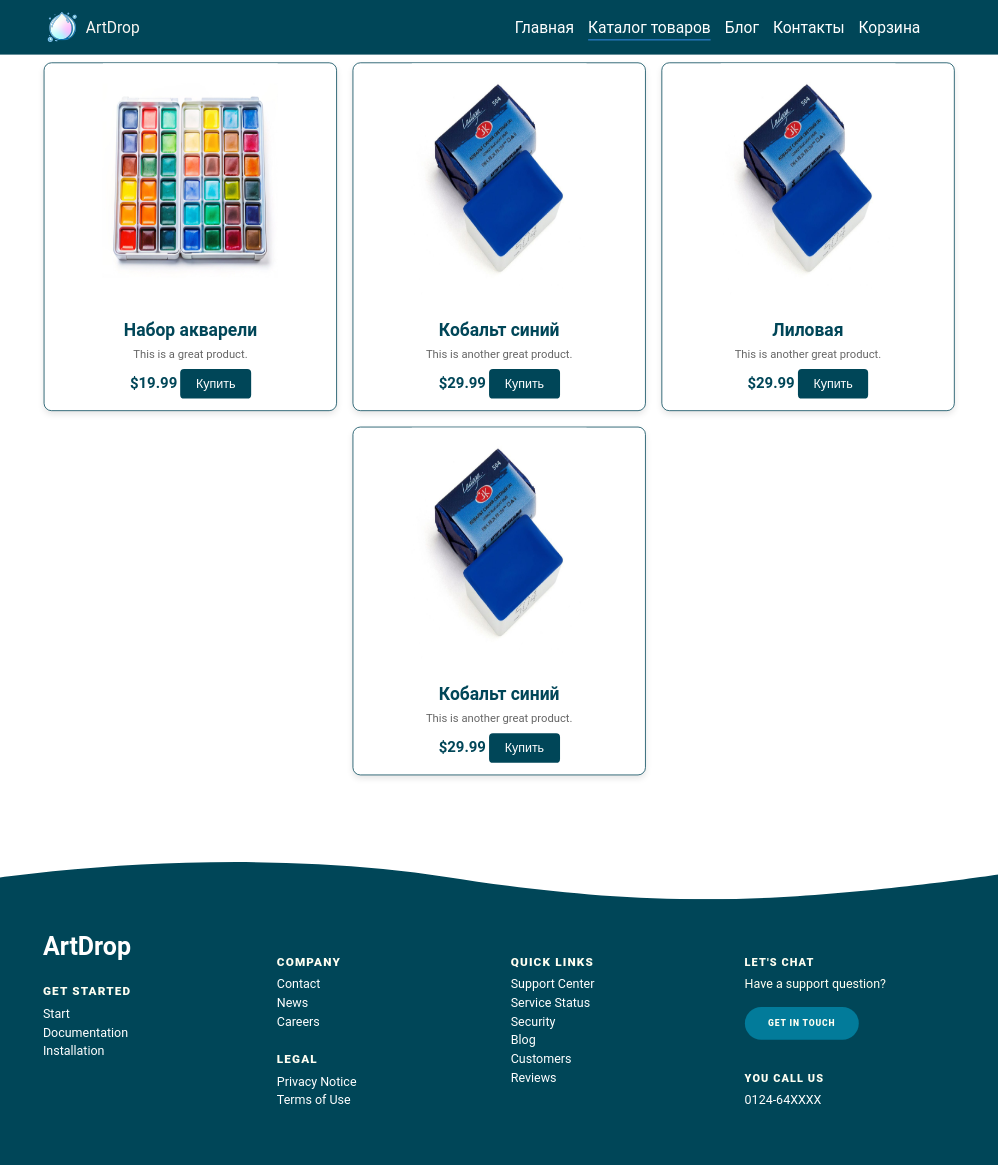
Repository: mnats725/art-drop
Page: catalog.html
The author's editor kept a copy of each file at every save. The page is drawn from the files as they stood at one save, then again after the next save.
The browser window is 1280 px wide. The pictures show the whole page, at 78% of full size.

Above is the page before, as saved 2024-05-21 13:25:49.
Console error: TypeError: Cannot read properties of null (reading 'querySelectorAll')

### catalog.html
<!DOCTYPE html>
<html lang="en">
<head>
    <meta charset="UTF-8">
    <meta http-equiv="X-UA-Compatible" content="IE=edge">
    <meta name="viewport" content="width=device-width, initial-scale=1.0">
    <title>ArtDrop</title>
    <link rel="stylesheet" href="../css/style.css">
    <link rel="stylesheet" href="./css/catalog.css">
    <link href="https://fonts.googleapis.com/css2?family=Montserrat:wght@400;700&display=swap" rel="stylesheet">
</head>
<body>
    <div class="wrapper">
        <header class="header">
            <!-- Шапка -->
            <div class="logo">
                <a href="index.html">
                    <img src="./assets/img/logo.svg" alt="ArtDrop Logo">
                    <span>ArtDrop</span>
                </a>
            </div>
            <!-- Меню сайта -->
            <nav class="nav">
              <ul>
                  <li><a href="index.html">Главная</a></li>
                  <li class="active"><a href="catalog.html">Каталог товаров</a></li>
                  <li><a href="blog.html">Блог</a></li>
                  <li><a href="contacts.html">Контакты</a></li>
                  <li><a href="cart.html">Корзина</a></li>
              </ul>
          </nav>


            <!-- Иконка бургерменю -->
            <div class="burger">
                <span></span>
            </div>
        </header>
    </div>

    <div class="catalog-content">
      <div class="product-card">
          <img src="./assets/img/catalog/1.jpg" alt="Набор акварел" class="product-image">
          <div class="product-info">
              <h3 class="product-title">Набор акварели</h3>
              <p class="product-description">This is a great product.</p>
              <span class="product-price">$19.99</span>
              <button class="buy-button">Купить</button>
          </div>
      </div>
      <div class="product-card">
          <img src="./assets/img/catalog/2.jpg" alt="Кобальт синий<" class="product-image">
          <div class="product-info">
              <h3 class="product-title">Кобальт синий</h3>
              <p class="product-description">This is another great product.</p>
              <span class="product-price">$29.99</span>
              <button class="buy-button">Купить</button>
          </div>
      </div>
      <div class="product-card">
        <img src="./assets/img/catalog/2.jpg" alt="Лиловая" class="product-image">
        <div class="product-info">
            <h3 class="product-title">Лиловая</h3>
            <p class="product-description">This is another great product.</p>
            <span class="product-price">$29.99</span>
            <button class="buy-button">Купить</button>
        </div>
    </div>
    <div class="product-card">
      <img src="./assets/img/catalog/2.jpg" alt="Кобальт синий<" class="product-image">
      <div class="product-info">
          <h3 class="product-title">Кобальт синий</h3>
          <p class="product-description">This is another great product.</p>
          <span class="product-price">$29.99</span>
          <button class="buy-button">Купить</button>
      </div>
  </div>
      <!-- Добавьте больше карточек по мере необходимости -->
  </div>

    <div class="pg-footer">
        <footer class="footer">
          <svg class="footer-wave-svg" xmlns="http://www.w3.org/2000/svg" viewBox="0 0 1200 100" preserveAspectRatio="none">
            <path class="footer-wave-path" d="M851.8,100c125,0,288.3-45,348.2-64V0H0v44c3.7-1,7.3-1.9,11-2.9C80.7,22,151.7,10.8,223.5,6.3C276.7,2.9,330,4,383,9.8 c52.2,5.7,103.3,16.2,153.4,32.8C623.9,71.3,726.8,100,851.8,100z"></path>
          </svg>
          <div class="footer-content">
            <div class="footer-content-column">
              <div class="footer-logo">
                <a class="footer-logo-link" href="#">
                  <span class="hidden-link-text">ArtDrop</span>
                  <h1>ArtDrop</h1>
                </a>
              </div>
              <div class="footer-menu">
                <h2 class="footer-menu-name"> Get Started</h2>
                <ul id="menu-get-started" class="footer-menu-list">
                  <li class="menu-item menu-item-type-post_type menu-item-object-product">
                    <a href="#">Start</a>
                  </li>
                  <li class="menu-item menu-item-type-post_type menu-item-object-product">
                    <a href="#">Documentation</a>
                  </li>
                  <li class="menu-item menu-item-type-post_type menu-item-object-product">
                    <a href="#">Installation</a>
                  </li>
                </ul>
              </div>
            </div>
            <div class="footer-content-column">
              <div class="footer-menu">
                <h2 class="footer-menu-name"> Company</h2>
                <ul id="menu-company" class="footer-menu-list">
                  <li class="menu-item menu-item-type-post_type menu-item-object-page">
                    <a href="#">Contact</a>
                  </li>
                  <li class="menu-item menu-item-type-taxonomy menu-item-object-category">
                    <a href="#">News</a>
                  </li>
                  <li class="menu-item menu-item-type-post_type menu-item-object-page">
                    <a href="#">Careers</a>
                  </li>
                </ul>
              </div>
              <div class="footer-menu">
                <h2 class="footer-menu-name"> Legal</h2>
                <ul id="menu-legal" class="footer-menu-list">
                  <li class="menu-item menu-item-type-post_type menu-item-object-page menu-item-privacy-policy menu-item-170434">
                    <a href="#">Privacy Notice</a>
                  </li>
                  <li class="menu-item menu-item-type-post_type menu-item-object-page">
                    <a href="#">Terms of Use</a>
                  </li>
                </ul>
              </div>
            </div>
            <div class="footer-content-column">
              <div class="footer-menu">
                <h2 class="footer-menu-name"> Quick Links</h2>
                <ul id="menu-quick-links" class="footer-menu-list">
                  <li class="menu-item menu-item-type-custom menu-item-object-custom">
                    <a target="_blank" rel="noopener noreferrer" href="#">Support Center</a>
                  </li>
                  <li class="menu-item menu-item-type-custom menu-item-object-custom">
                    <a target="_blank" rel="noopener noreferrer" href="#">Service Status</a>
                  </li>
                  <li class="menu-item menu-item-type-post_type menu-item-object-page">
                    <a href="#">Security</a>
                  </li>
                  <li class="menu-item menu-item-type-post_type menu-item-object-page">
                    <a href="#">Blog</a>
                  </li>
                  <li class="menu-item menu-item-type-post_type_archive menu-item-object-customer">
                    <a href="#">Customers</a></li>
                  <li class="menu-item menu-item-type-post_type menu-item-object-page">
                    <a href="#">Reviews</a>
                  </li>
                </ul>
              </div>
            </div>
            <div class="footer-content-column">
              <div class="footer-call-to-action">
                <h2 class="footer-call-to-action-title"> Let's Chat</h2>
                <p class="footer-call-to-action-description"> Have a support question?</p>
                <a class="footer-call-to-action-button button" href="#" target="_self"> Get in Touch </a>
              </div>
              <div class="footer-call-to-action">
                <h2 class="footer-call-to-action-title"> You Call Us</h2>
                <p class="footer-call-to-action-link-wrapper"> <a class="footer-call-to-action-link" href="tel:0124-64XXXX" target="_self"> 0124-64XXXX </a></p>
              </div>
            </div>
        </footer>
      </div>
    <script>
        document.querySelector('.burger').addEventListener('click', function() {
            this.classList.toggle('active');
            document.querySelector('.nav').classList.toggle('open');
        })
        document.addEventListener("DOMContentLoaded", function () {
        let carousel = document.querySelector(".carousel");
       let items = carousel.querySelectorAll(".item");
        let dotsContainer = document.querySelector(".dots");

       // Insert dots into the DOM
       items.forEach((_, index) => {
      let dot = document.createElement("span");
      dot.classList.add("dot");
      if (index === 0) dot.classList.add("active");
      dot.dataset.index = index;
    dotsContainer.appendChild(dot);
  });

  let dots = document.querySelectorAll(".dot");

  // Function to show a specific item
  function showItem(index) {
    items.forEach((item, idx) => {
      item.classList.remove("active");
      dots[idx].classList.remove("active");
      if (idx === index) {
        item.classList.add("active");
        dots[idx].classList.add("active");
      }
    });
  }

  // Event listeners for buttons
  document.querySelector(".prev").addEventListener("click", () => {
    let index = [...items].findIndex((item) =>
      item.classList.contains("active")
    );
    showItem((index - 1 + items.length) % items.length);
  });

  document.querySelector(".next").addEventListener("click", () => {
    let index = [...items].findIndex((item) =>
      item.classList.contains("active")
    );
    showItem((index + 1) % items.length);
  });

  // Event listeners for dots
  dots.forEach((dot) => {
    dot.addEventListener("click", () => {
      let index = parseInt(dot.dataset.index);
      showItem(index);
    });
  });
});

    </script>
</body>
</html>

### css/style.css
html, body {
    height: 100%;
    width: 100%;
    margin: 0;
    padding: 0;
}

body {
    display: flex;
    flex-direction: column;
    font-family: 'Roboto', sans-serif;
}

*{
    padding: 0;
    margin: 0;
    box-sizing: border-box;
}

.wrapper{
    flex-grow: 1;
}

.open{
    display: flex !important;
}

.header {
    display: flex;
    align-items: center;
    justify-content: space-between;
    min-height: 70px;
    background-color: #004658;
    color: #FAF6F2;
    padding: 0 60px;
    font-size: 20px;
}

.logo a {
    display: flex;
    align-items: center;
    text-decoration: none; /* Убираем подчеркивание ссылки */
    color: inherit; /* Наследуем цвет текста от родительского элемента */
}

.logo img {
    width: 40px; /* Укажите желаемую ширину для логотипа */
    height: auto;
    margin-right: 10px; /* Добавим небольшое расстояние между логотипом и текстом */
}

.nav {
    display: flex;
    width: 600px;
    padding: 0 40px;
}

.nav ul {
    width: 100%;
    list-style: none;
    display: flex;
    justify-content: space-between;
}

.nav ul li {
    position: relative; /* Добавим позиционирование для создания эффекта */
    cursor: pointer; /* Указатель при наведении для обозначения активного элемента */
    transition: color 0.3s ease; /* Анимация при наведении */
}

.nav ul li::after {
    content: '';
    position: absolute;
    bottom: -5px;
    left: 0;
    width: 0; /* Начальное значение нулевой ширины */
    height: 2px;
    background-color: #2271B3; /* Цвет линии */
    transition: width 0.3s ease; /* Анимация изменения ширины */
}

.nav ul li:hover::after {
    width: 100%; /* Увеличиваем ширину линии при наведении */
}

.nav ul li:hover,
.nav ul li.active { /* Изменение цвета текста при наведении и активном состоянии */
    color: #2271B3; /* Цвет текста при наведении и активном состоянии */
}

.nav ul li.active::after {
    content: '';
    position: absolute;
    bottom: -5px;
    left: 0;
    width: 100%;
    height: 2px;
    background-color: #2271B3; /* Цвет подчеркивания активного элемента */
}

* {
    margin: 0;
    padding: 0;
  }
  a {
    color: #fff;
    text-decoration: none;
  }



  .footer {
    margin-top: 100px;
      background-color: #004658;
      color: #fff;

  }
  .footer-wave-svg {
      background-color: transparent;
      display: block;
      height: 30px;
      position: relative;
      top: -1px;
      width: 100%;
  }
  .footer-wave-path {
      fill: white;
  }

  .footer-content {
      margin-left: auto;
      margin-right: auto;
      max-width: 1230px;

      padding: 40px 15px 815px;
      position: relative;
  }

  .footer-content-column {
      box-sizing: border-box;
      float: left;
      padding-left: 15px;
      padding-right: 15px;
      width: 100%;
      color: #fff;
  }

  .footer-content-column ul li a {
    color: #fff;
    text-decoration: none;
  }

  .footer-logo-link {
      display: inline-block;
  }
  .footer-menu {
      margin-top: 30px;
  }

  .footer-menu-name {
      color: #fffff2;
      font-size: 15px;
      font-weight: 900;
      letter-spacing: .1em;
      line-height: 18px;
      margin-bottom: 0;
      margin-top: 0;
      text-transform: uppercase;
  }
  .footer-menu-list {
      list-style: none;
      margin-bottom: 0;
      margin-top: 10px;
      padding-left: 0;
  }
  .footer-menu-list li {
      margin-top: 5px;
  }

  .footer-call-to-action-description {
      color: #fffff2;
      margin-top: 10px;
      margin-bottom: 20px;
  }
  .footer-call-to-action-button:hover {
      background-color: #fffff2;
      color: #00bef0;
  }
  .button:last-of-type {
      margin-right: 0;
  }
  .footer-call-to-action-button {
      background-color: #027b9a;
      border-radius: 21px;
      color: #fffff2;
      display: inline-block;
      font-size: 11px;
      font-weight: 900;
      letter-spacing: .1em;
      line-height: 18px;
      padding: 12px 30px;
      margin: 0 10px 10px 0;
      text-decoration: none;
      text-transform: uppercase;
      transition: background-color .2s;
      cursor: pointer;
      position: relative;
  }
  .footer-call-to-action {
      margin-top: 30px;
  }
  .footer-call-to-action-title {
      color: #fffff2;
      font-size: 14px;
      font-weight: 900;
      letter-spacing: .1em;
      line-height: 18px;
      margin-bottom: 0;
      margin-top: 0;
      text-transform: uppercase;
  }
  .footer-call-to-action-link-wrapper {
      margin-bottom: 0;
      margin-top: 10px;
      color: #fff;
      text-decoration: none;
  }
  .footer-call-to-action-link-wrapper a {
      color: #fff;
      text-decoration: none;
  }





  .footer-social-links {
      bottom: 0;
      height: 54px;
      position: absolute;
      right: 0;
      width: 236px;
  }

  .footer-social-amoeba-svg {
      height: 54px;
      left: 0;
      display: block;
      position: absolute;
      top: 0;
      width: 236px;
  }

  .footer-social-amoeba-path {
      fill: #027b9a;
  }

  .footer-social-link.linkedin {
      height: 26px;
      left: 3px;
      top: 11px;
      width: 26px;
  }

  .footer-social-link {
      display: block;
      padding: 10px;
      position: absolute;
  }

  .hidden-link-text {
      position: absolute;
      clip: rect(1px 1px 1px 1px);
      clip: rect(1px,1px,1px,1px);
      -webkit-clip-path: inset(0px 0px 99.9% 99.9%);
      clip-path: inset(0px 0px 99.9% 99.9%);
      overflow: hidden;
      height: 1px;
      width: 1px;
      padding: 0;
      border: 0;
      top: 50%;
  }

  .footer-social-icon-svg {
      display: block;
  }

  .footer-social-icon-path {
      fill: #fffff2;
      transition: fill .2s;
  }

  .footer-social-link.twitter {
      height: 28px;
      left: 62px;
      top: 3px;
      width: 28px;
  }

  .footer-social-link.youtube {
      height: 24px;
      left: 123px;
      top: 12px;
      width: 24px;
  }

  .footer-social-link.github {
      height: 34px;
      left: 172px;
      top: 7px;
      width: 34px;
  }


  /* Media Query For different screens */
  @media (min-width:320px) and (max-width:479px)  { /* smartphones, portrait iPhone, portrait 480x320 phones (Android) */
    .footer-content {
      margin-left: auto;
      margin-right: auto;
      max-width: 1230px;
      padding: 40px 15px 1050px;
      position: relative;
    }
  }
  @media (min-width:480px) and (max-width:599px)  { /* smartphones, Android phones, landscape iPhone */
    .footer-content {
      margin-left: auto;
      margin-right: auto;
      max-width: 1230px;
      padding: 40px 15px 1050px;
      position: relative;
    }
  }
  @media (min-width:600px) and (max-width: 800px)  { /* portrait tablets, portrait iPad, e-readers (Nook/Kindle), landscape 800x480 phones (Android) */
    .footer-content {
      margin-left: auto;
      margin-right: auto;
      max-width: 1230px;
      padding: 40px 15px 1050px;
      position: relative;
    }
  }
  @media (min-width:801px)  { /* tablet, landscape iPad, lo-res laptops ands desktops */

  }
  @media (min-width:1025px) { /* big landscape tablets, laptops, and desktops */

  }
  @media (min-width:1281px) { /* hi-res laptops and desktops */

  }




  @media (min-width: 760px) {
    .footer-content {
        margin-left: auto;
        margin-right: auto;
        max-width: 1230px;
        padding: 40px 15px 300px;
        position: relative;
    }

    .footer-wave-svg {
        height: 50px;
    }

    .footer-content-column {
        width: 24.99%;
    }
  }
  @media (min-width: 568px) {
    /* .footer-content-column {
        width: 49.99%;
    } */
  }


.burger{
    display: none;
    position: relative;
    z-index: 50;
    align-items: center;
    justify-content: flex-end;
    width: 30px;
    height: 18px;
}

.burger span{
    height: 2px;
    width: 80%;
    transform: scale(1);
    background-color: #FAF6F2;
}

.burger::before, .burger::after{
    content: '';
    position: absolute;
    height: 2px;
    width: 100%;
    background-color: #FAF6F2;
    transition: all 0.3s ease 0s;
}

.burger::before { top: 0 }

.burger::after { bottom: 0 }


/* Добавляем класс active для анимации иконки бургера */
.burger.active span { transform: scale(0) }

.burger.active::before{
    top: 50%;
    transform: rotate(-45deg) translate(0, -50%);
}

.burger.active::after{
    bottom: 50%;
    transform: rotate(45deg) translate(0, 50%);
}


/* При разрешении экрана 900px и ниже, выводим на экран иконку бургера */
@media (max-width: 900px) {

    .burger { display: flex }

    .nav{
        display: none;
        flex-direction: column;
        position: fixed;
        height: 100%;
        width: 100%;
        top: 0; bottom: 0; left: 0; right: 0;
        z-index: 50;
        overflow-y: auto;
        padding: 50px 40px;
        background-color: #388ae7;
        animation: burgerAnimation 0.4s;
    }

    .nav ul{
        flex-direction: column;
        row-gap: 30px;
    }


}

@keyframes burgerAnimation {
    from {opacity: 0}
    to {opacity: 1}
}

### css/catalog.css
.catalog-content {
  display: flex;
  flex-wrap: wrap;
  gap: 20px;
  justify-content: center;
  padding: 10px;
}

.product-card {
  background-color: #ffffff;
  border: 1px solid #004658;
  border-radius: 10px;
  box-shadow: 0 4px 8px rgba(0, 0, 0, 0.1);
  overflow: hidden;
  width: calc(33% - 40px); /* Ширина карточек с учетом отступов */
  text-align: center;
  transition: transform 0.3s ease;
  box-sizing: border-box; /* Учитывает padding и border в общей ширине */
}

.product-card:hover {
  transform: scale(1.05);
}

.product-image {
  width: 60%;
  height: 300px;
}

.product-info {
  padding: 15px;
}

.product-title {
  font-size: 1.4em;
  color: #004658;
  margin: 10px 0;
}

.product-description {
  font-size: 0.9em;
  color: #666;
  margin: 10px 0;
}

.product-price {
  font-size: 1.2em;
  color: #004658;
  font-weight: bold;
}

.buy-button {
  background-color: #004658;
  color: #ffffff;
  border: none;
  padding: 10px 20px;
  border-radius: 5px;
  cursor: pointer;
  font-size: 1em;
  transition: background-color 0.3s ease;
}

.buy-button:hover {
  background-color: #003244;
}

/* Адаптивность */
@media (max-width: 1200px) {
  .product-card {
      width: calc(50% - 30px); /* Ширина карточек при средней ширине экрана */
  }
}

@media (max-width: 768px) {
  .product-card {
      width: calc(100% - 20px); /* Ширина карточек при узкой ширине экрана */
  }
}

After the next save:
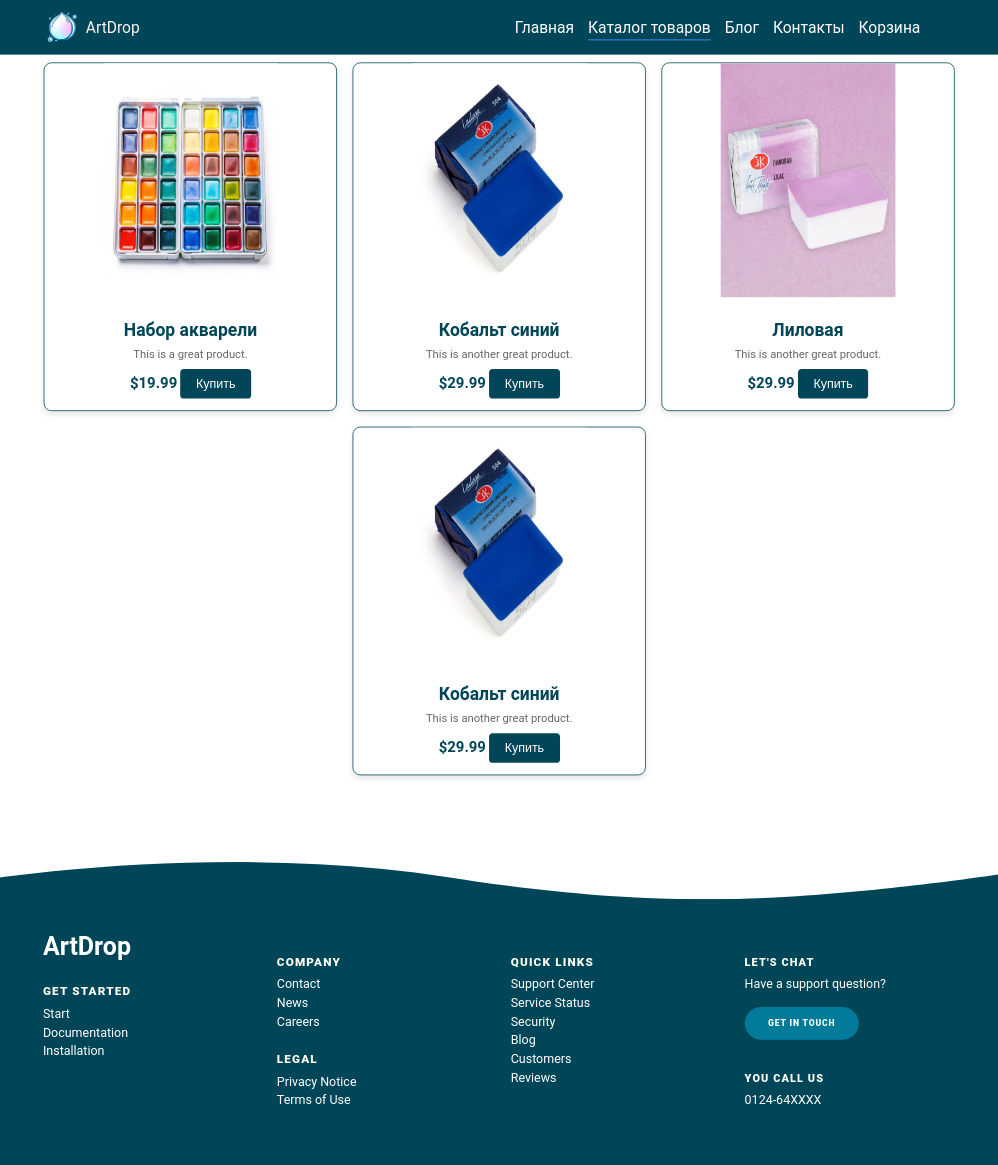
Saved 15 s later.
--- a/catalog.html
+++ b/catalog.html
@@ -58,7 +58,7 @@
           </div>
       </div>
       <div class="product-card">
-        <img src="./assets/img/catalog/2.jpg" alt="Лиловая" class="product-image">
+        <img src="./assets/img/catalog/3.jpg" alt="Лиловая" class="product-image">
         <div class="product-info">
             <h3 class="product-title">Лиловая</h3>
             <p class="product-description">This is another great product.</p>
